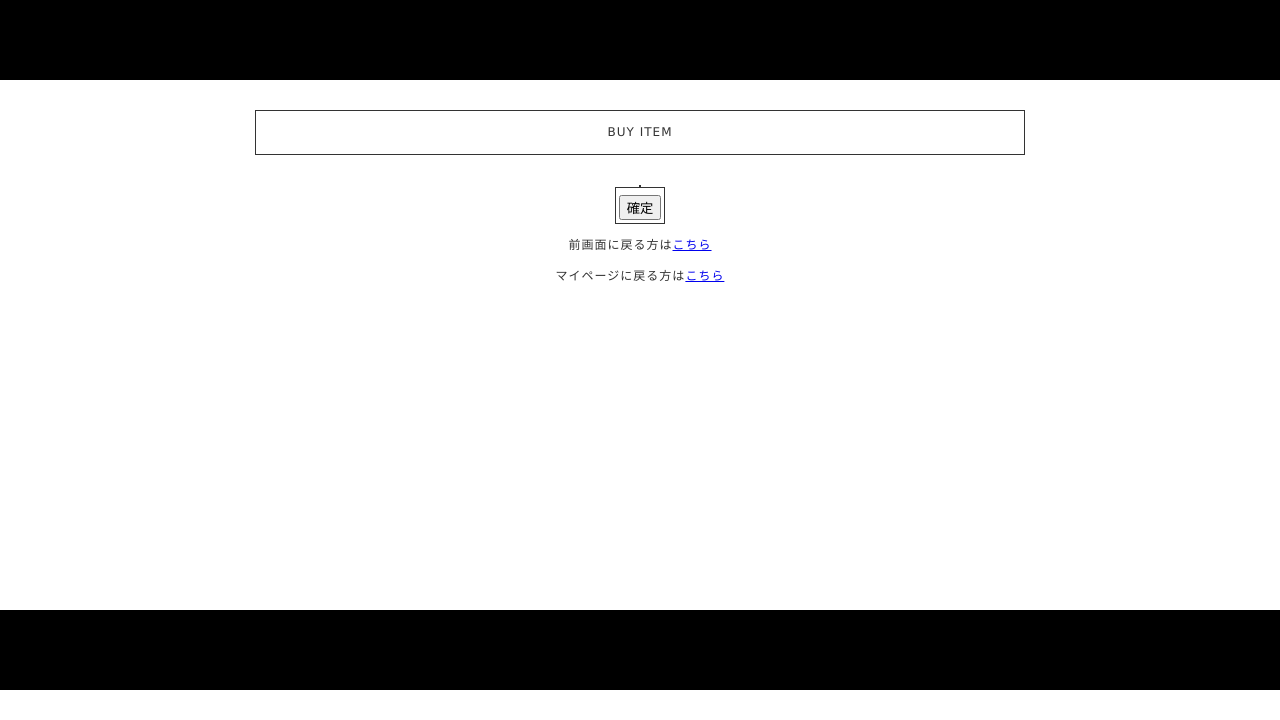
Repository: kf3225/backup
Page: http://localhost/ecsite/buyItem.jsp
An editor plug-in stored every save of this project. The page is shown before and after the next save, followed by the edit.
The browser window is 1280 px wide. The pictures show the whole page.
The page is served by Tomcat 9. Other server files are loaded and not shown.

Above is the page before, as saved 2018-01-31 06:46:40.

### ecsite/WebContent/buyItem.jsp
<%@ page language="java" contentType="text/html; charset=UTF-8"
    pageEncoding="UTF-8"%>
<%@ taglib prefix="s" uri="/struts-tags" %>
<!DOCTYPE html PUBLIC "-//W3C//DTD HTML 4.01 Transitional//EN" "http://www.w3.org/TR/html4/loose.dtd">
<html>
<head>
<meta http-equiv="Content-Type" content="text/html; charset=UTF-8"/>
<meta http-equiv="Content-Style-Type" content="text/css"/>
<meta http-equiv="Content-Script-Type" content="javascript"/>
<meta http-equiv="imagetoolbar" content="no"/>
<meta name="description" content=""/>
<meta name="keywords" content=""/>

<style type="text/css">

/* ===== TAG LAYOUT ===== */
body {
	margin:0;
	padding:0;
	line-height:1.6;
	letter-spacing:1px;
	font-family:Verdana, Helvetica, sans-serif;
	font-size:12px;
	color:#333;
	background-color:#fff;
}

table {
	text-align:center;
	margin:0 auto;
	border:1px solid #333;
}

/* ===== ID LAYOUT ===== */
#top {
	width:60%;
	margin:30px auto;
	text-align:center;
	border:1px solid #333;
}

#header {
	width:100%;
	height:80px;
	background-color:black;
}

#main {
	width:100%;
	height:500px;
	background-color:#fff;
	text-align:center;
}

#footer {
	width:100%;
	height:80px;
	background-color:black;
	clear:both;
}

</style>

<title>BUY ITEM</title>
</head>
<body>
	<div id="header">
		<div id="pr"></div>
	</div>

	<div id="main">
		<div id="top"><p>BUY ITEM</p></div>
		<div>
			<table>
			<s:iterator value="session.buyItemList">

				<tr>
					<td><span>商品名</span></td>
					<td><s:property value="itemName" /></td>
				</tr>
				<tr>
					<td><span>値段</span></td>
					<td><s:property value="itemPrice" /><span>円</span></td>
				</tr>
				</s:iterator>
				<tr>
					<s:form action="ItemSelectAction">
					<td><input type="hidden" name="itemId" value="<s:property value='id'/>"><s:submit value="確定" /></td>
					</s:form>
				</tr>
			</table>
			<div>
				<p>前画面に戻る方は<a href='<s:url action="GoHomeAction" />'>こちら</a></p>
				<p>マイページに戻る方は<a href='<s:url action="MyPageAction" />'>こちら</a></p>
			</div>
		</div>
	</div>

	<div id="footer">
		<div id="pr"></div>
	</div>
</body>
</html>

After the next save:
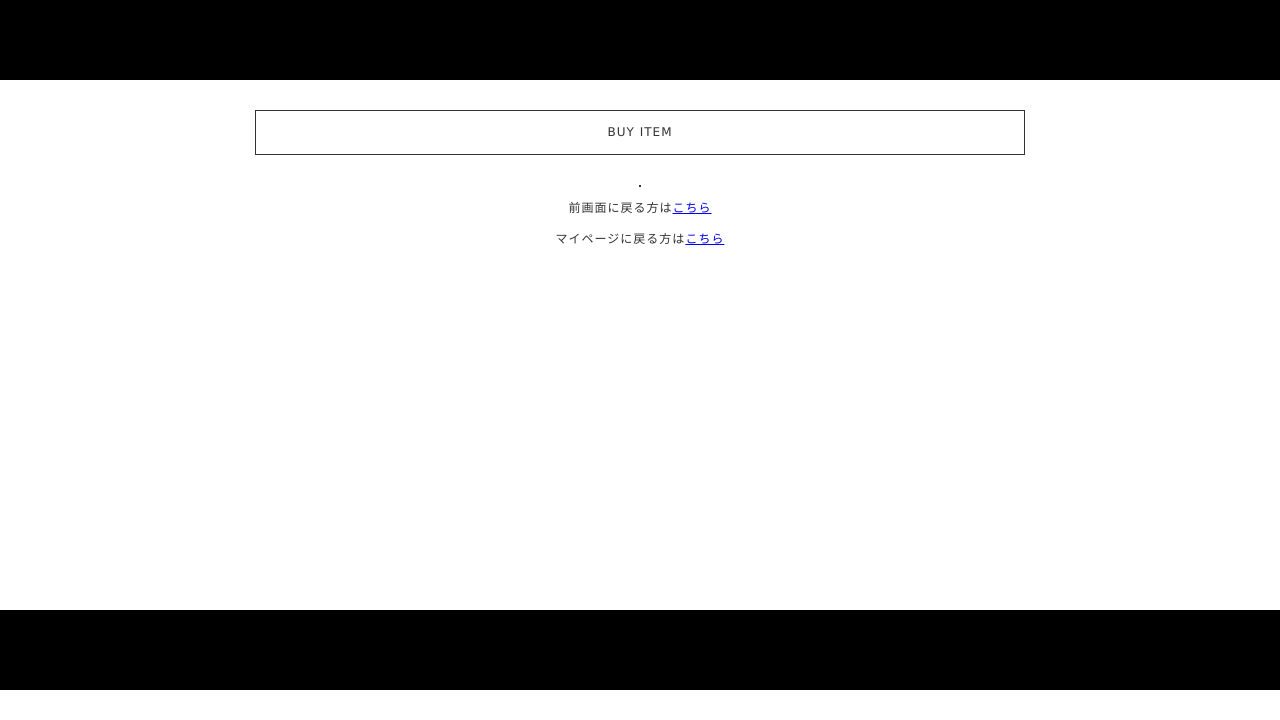
Saved 48 s later.
--- a/ecsite/WebContent/buyItem.jsp
+++ b/ecsite/WebContent/buyItem.jsp
@@ -82,12 +82,12 @@ table {
 					<td><span>値段</span></td>
 					<td><s:property value="itemPrice" /><span>円</span></td>
 				</tr>
-				</s:iterator>
 				<tr>
 					<s:form action="ItemSelectAction">
 					<td><input type="hidden" name="itemId" value="<s:property value='id'/>"><s:submit value="確定" /></td>
 					</s:form>
 				</tr>
+			</s:iterator>
 			</table>
 			<div>
 				<p>前画面に戻る方は<a href='<s:url action="GoHomeAction" />'>こちら</a></p>
